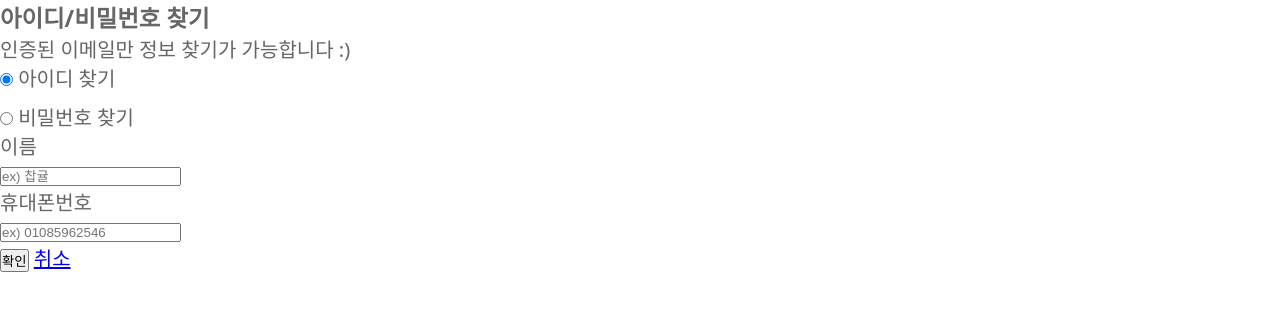
Repository: keepsus/gaebokchi
Page: http://localhost/uzuslime/member/memberSearch.jsp
The author's editor kept a copy of each file at every save. The page is drawn from the files as they stood at one save, then again after the next save.
The browser window is 1280 px wide. The pictures show the whole page.
Some web fonts or font styles are not loaded; a fallback is used. The page is served by Tomcat 9. Nobody is signed in. The application's start-up code is not run. Other server files are loaded and not shown.

Above is the page before, as saved 2021-02-08 05:16:25.
Console error: ReferenceError: $ is not defined

### uzuslime/src/main/webapp/member/memberSearch.jsp
<%@ page language="java" contentType="text/html; charset=UTF-8"
    pageEncoding="UTF-8"%>
<!DOCTYPE html>
<html lang="en">
<head>
    <meta charset="UTF-8">
    <meta http-equiv="X-UA-Compatible" content="IE=edge">
    <meta name="viewport" content="width=device-width, initial-scale=1.0">
    <link rel="stylesheet" href="/slime/css/memberSearch.css">
    <link rel="preconnect" href="https://fonts.gstatic.com">
    <link href="https://fonts.googleapis.com/css2?family=Raleway:ital,wght@0,200;0,300;0,400;0,500;1,300;1,400&display=swap" rel="stylesheet">
    <title>Document</title>
</head>
<body>
<!-- <form action="" name="searchForm" class="searchForm">
	<div class="modal-header">
	    <h2>아이디 · 비밀번호 찾기</h2>
	</div>
	탭
	<div class="tabmenu">
	    <ul>
	        <li id="tab1" class="btnCon"><a class="btn first" href="#tab1">menu1</a>
	            <div class="tabCon">
	                <div class="input-text">
	                    <input type="text" id="email" name="email" placeholder="아이디를 입력하세요">
	                </div>
	                <div>
	                    <input type="button" id="findBtn" class="findBtn" value="아이디 찾기">
	                </div>
	            </div>
	        </li>


	        <li id="tab2" class="btnCon"><a class="btn" href="#tab2">menu2</a>
	            <div class="tabCon">
	                <div class="input-text">
	                    <input type="text" id="email" name="email" placeholder="아이디를 입력하세요">
	                </div>
	                <div>
	                    <input type="button" id="findBtn" class="findBtn" value="비밀번호 찾기">
	                </div>
	            </div>
	        </li>
	    </ul>
	</div>
</form>
	<br>
	<br>
	<br>
	<br>
	<br>
	<br>
	<br>
	<br>
    <script src="https://cdnjs.cloudflare.com/ajax/libs/jquery-modal/0.9.1/jquery.modal.min.js"></script>-->
    <%@ include file="modal.jsp" %>
	<div class="full">
		<div class="container">
			<div class="area_inputs wow fadeIn">
				<div class="sub_title font-weight-bold text-white">
					<h3>아이디/비밀번호 찾기</h3>
					<p>인증된 이메일만 정보 찾기가 가능합니다 :)</p>
				</div>
				<div style="margin-bottom: 10px;"
					class="custom-control custom-radio custom-control-inline">
					<input type="radio" class="custom-control-input" id="search_1" name="search_total" onclick="search_check(1)" checked="checked">
					<label class="custom-control-label font-weight-bold text-white"	for="search_1">아이디 찾기</label>
				</div>
				<div class="custom-control custom-radio custom-control-inline">
					<input type="radio" class="custom-control-input" id="search_2" name="search_total" onclick="search_check(2)">
					<label class="custom-control-label font-weight-bold text-white" for="search_2">비밀번호 찾기</label>
				</div>
				<div id="searchI">
					<div class="form-group">
						<label class="font-weight-bold text-white" for="member_name">이름</label>
						<div>
							<input type="text" class="form-control" id="member_name" name="member_name" placeholder="ex) 찹귤">
						</div>
					</div>
					<div class="form-group">
						<label class="font-weight-bold text-white" for="inputPhone_1">휴대폰번호</label>
						<div>
							<input type="text" class="form-control" id="inputPhone_1" name="inputPhone_1" placeholder="ex) 01085962546">
						</div>
					</div>
					<div class="form-group">
						<button id="searchBtn" type="button" onclick="idSearch_click()" class="btn btn-primary btn-block">확인</button>
					<a class="btn btn-danger btn-block"	href="${pageContext.request.contextPath}">취소</a>
					</div>
				</div>
				<div id="searchP" style="display: none;">
					<div class="form-group">
						<label class="font-weight-bold text-white" for="member_id">아이디</label>
						<div>
							<input type="text" class="form-control" id="member_id" name="member_id" placeholder="ex) chqpkyul">
						</div>
					</div>
					<div class="form-group">
						<label class="font-weight-bold text-white" for="inputEmail_2">이메일</label>
						<div>
							<input type="email" class="form-control" id="inputEmail_2"	name="inputEmail_2" placeholder="ex) E-mail@gmail.com">
						</div>
					</div>
					<div class="form-group">
						<button id="searchBtn2" type="button" class="btn btn-primary btn-block">확인</button>
					<a class="btn btn-danger btn-block"	href="${pageContext.request.contextPath}">취소</a>
				</div>
				</div>
			</div>
		</div>
	</div>

<script>
function search_check(num){
	if(num == "1"){
		document.getElementById("searchP").style.display="none";
		document.getElementById("searchI").style.display="";
	}else if(num == "2"){
		document.getElementById("searchP").style.display="";
		document.getElementById("searchI").style.display="none";
	}
}


$(document).ready(function() {
	/////////모///달///기///능///////////
	// 1. 모달창 히든 불러오기
	$('#searchBtn').click(function() {
		$('#background_modal').show();
	});
	// 2. 모달창 닫기 버튼
	$('.close').on('click', function() {
		$('#background_modal').hide();
	});
	// 3. 모달창 위도우 클릭 시 닫기
	$(window).on('click', function() {
		if (event.target == $('#background_modal').get(0)) {
            $('#background_modal').hide();
         }
	});
});

//아이디 & 스토어 값 저장하기 위한 변수
var idV = "";
// 아이디 값 받고 출력하는 ajax
var idSearch_click = function(){
	$.ajax({
		type:"POST",
		url:"${pageContext.request.contextPath}/member/memberSearch?member_name="
				+$('#member_name').val()+"&inputPhone_1="+$('#inputPhone_1').val(),
		success:function(data){
			if(data == 0){
				$('#id_value').text("회원 정보를 확인해주세요!");
			} else {
				$('#id_value').text(data);
				// 아이디값 별도로 저장
				idV = data;
			}
		}
	});
}
</script>
</body>
</html>

### uzuslime/src/main/webapp/css/memberSearch.css
@charset "UTF-8";

* {
    margin: 0px;
    padding: 0px;
    box-sizing: border-box;
}

html {
    background-color: #fff;
    color: rgba(85, 85, 85, 0.897);
    font-family: 'Raleway','Noto Sans Korean','Apple SD Gothic Neo', 'Malgun Gothic','Nanum Gothic', 'Noto Sans','sans-serif';
    font-weight: 300px;
    font-size: 20px;
    text-rendering: optimizeLegibility;
    /* 반응형 웹사이트를 만드려고 기준으로 두었다. 폰트사이즈를 20px을 기본으로 주면 다른 태그에서 %를 사용해서 변경해주면
    폰트 사이즈를 바꿔줄때마다 웹사이트의 폰트 사이즈가 자동으로 바뀔 것이다. */
}

Loaded but not shown: uzuslime/src/main/webapp/member/modal.jsp (common file)

After the next save:
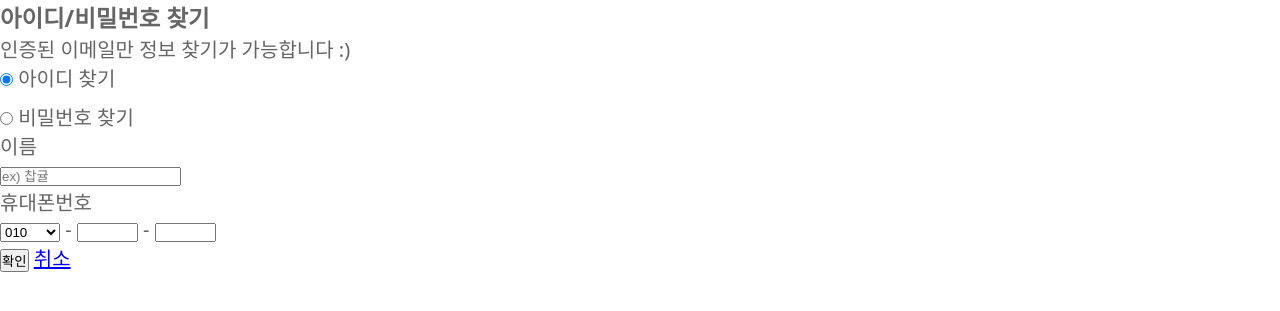
Saved 9 min 3 s later.
--- a/uzuslime/src/main/webapp/member/memberSearch.jsp
+++ b/uzuslime/src/main/webapp/member/memberSearch.jsp
@@ -78,9 +78,17 @@
 						</div>
 					</div>
 					<div class="form-group">
-						<label class="font-weight-bold text-white" for="inputPhone_1">휴대폰번호</label>
+						<label class="font-weight-bold text-white" for="tel1">휴대폰번호</label>
 						<div>
-							<input type="text" class="form-control" id="inputPhone_1" name="inputPhone_1" placeholder="ex) 01085962546">
+					        <select name="tel1" class="sign-tel1" style="width: 60px;">
+					            <option value="010">010
+					            <option value="011">011
+					            <option value="019">019
+					        </select>
+					         -
+					         <input type="text" class="sign-tel2" name="tel2" size="5">
+					         -
+					         <input type="text" class="sign-tel3" name="tel3" size="5">
 						</div>
 					</div>
 					<div class="form-group">
@@ -96,9 +104,9 @@
 						</div>
 					</div>
 					<div class="form-group">
-						<label class="font-weight-bold text-white" for="inputEmail_2">이메일</label>
+						<label class="font-weight-bold text-white" for="email1">이메일</label>
 						<div>
-							<input type="email" class="form-control" id="inputEmail_2"	name="inputEmail_2" placeholder="ex) E-mail@gmail.com">
+							<input type="email" class="form-control" id="email1"	name="email1" placeholder="ex) E-mail@gmail.com">
 						</div>
 					</div>
 					<div class="form-group">
@@ -147,7 +155,7 @@ var idSearch_click = function(){
 	$.ajax({
 		type:"POST",
 		url:"${pageContext.request.contextPath}/member/memberSearch?member_name="
-				+$('#member_name').val()+"&inputPhone_1="+$('#inputPhone_1').val(),
+				+$('#member_name').val()+"&tel1="+$('#tel1').val(),
 		success:function(data){
 			if(data == 0){
 				$('#id_value').text("회원 정보를 확인해주세요!");
